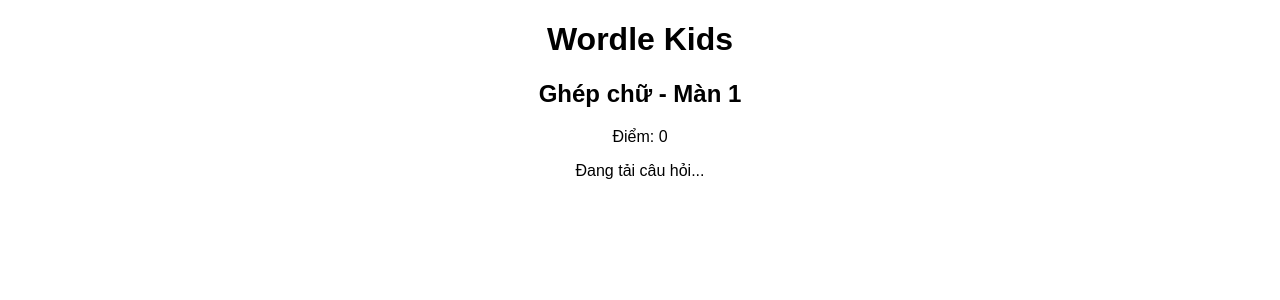
Repository: Hoang18769/wordle-kids
Page: /, after clicking the first element matching `button`
These files come from the project's save history. The page is drawn as it stood at one moment and after a run of saves; the edit follows.
The browser window is 1280 px wide. The pictures show the whole page.
The page's requests for data from a server got no answer. The project was rebuilt for these pictures with package versions that can differ from the ones it lists, and the page was loaded fresh each time. No one was signed in, and anything a server would have sent is missing. Also part of the build but not shown: src/services/SaveProgressService.js, src/components/MathQuiz.js.

Above is the page before, as saved 2025-03-12 19:42:09.

After the next 8 saves:
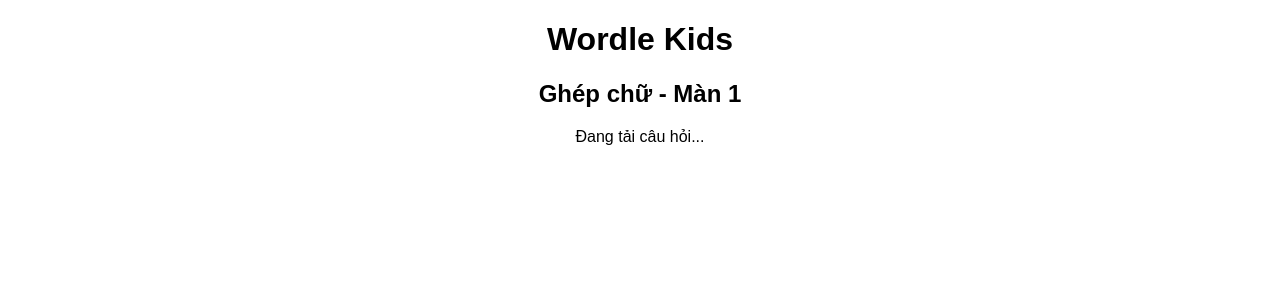
The 8 saves are shown as one change because they came seconds apart.
The last was saved 28 s later.
--- a/src/components/WordMatch.js
+++ b/src/components/WordMatch.js
@@ -1,65 +1,41 @@
 import React, { useState, useEffect } from 'react';
-import { db } from '../config/firebase';
-import { collection, getDocs, doc, setDoc, getDoc } from 'firebase/firestore';
-
-const userId = "abc123"; // Giả sử ID người chơi (sẽ thay bằng Auth sau này)
+import { db } from '../firebase';
+import { collection, getDocs } from 'firebase/firestore';
 
 function WordMatch() {
-  const [questions, setQuestions] = useState([]);
-  const [level, setLevel] = useState(0);
-  const [score, setScore] = useState(0);
+  const [questions, setQuestions] = useState([]); // Lưu danh sách câu hỏi
+  const [level, setLevel] = useState(0); // Màn chơi hiện tại
   const [attempts, setAttempts] = useState(3);
   const [guess, setGuess] = useState('');
 
   useEffect(() => {
     const fetchQuestions = async () => {
       const querySnapshot = await getDocs(collection(db, 'questions'));
-      const data = querySnapshot.docs.filter(doc => doc.data().game === 'word').map(doc => doc.data());
+      const data = querySnapshot.docs
+        .filter(doc => doc.data().game === 'word') // Lọc câu hỏi của game WordMatch
+        .map(doc => doc.data());
+
       setQuestions(data);
     };
 
-    const loadProgress = async () => {
-      const docRef = doc(db, 'progress', userId);
-      const docSnap = await getDoc(docRef);
-      if (docSnap.exists()) {
-        setLevel(docSnap.data().level || 0);
-        setScore(docSnap.data().score || 0);
-      }
-    };
-
     fetchQuestions();
-    loadProgress();
   }, []);
-
-  const saveProgress = async (newLevel, newScore) => {
-    await setDoc(doc(db, 'progress', userId), {
-      userId,
-      game: "wordmatch",
-      level: newLevel,
-      score: newScore,
-      timestamp: new Date().toISOString(),
-    });
-  };
 
   const checkAnswer = () => {
     if (guess.toLowerCase() === questions[level]?.answer.toLowerCase()) {
-      const newScore = score + 500;
       if (level < questions.length - 1) {
-        setLevel(level + 1);
-        setScore(newScore);
-        saveProgress(level + 1, newScore);
+        setLevel(level + 1); // Chuyển sang màn tiếp theo
+        setGuess('');
       } else {
         alert('🎉 Chúc mừng! Bạn đã hoàn thành tất cả màn chơi!');
       }
-      setGuess('');
     } else {
       setAttempts(attempts - 1);
       if (attempts <= 1) {
         alert('😢 Bạn đã thua! Chơi lại nhé!');
         setLevel(0);
-        setScore(0);
         setAttempts(3);
-        saveProgress(0, 0);
+        setGuess('');
       }
     }
   };
@@ -67,7 +43,6 @@
   return (
     <div>
       <h2>Ghép chữ - Màn {level + 1}</h2>
-      <p>Điểm: {score}</p>
       {questions.length > 0 ? (
         <>
           <p>Gợi ý: {questions[level]?.question}</p>

After the save that followed:
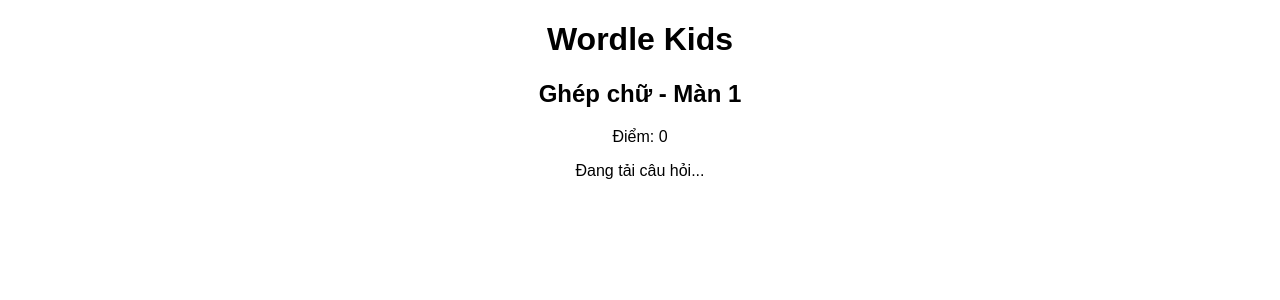
Saved 6 s later.
--- a/src/components/WordMatch.js
+++ b/src/components/WordMatch.js
@@ -1,41 +1,65 @@
 import React, { useState, useEffect } from 'react';
 import { db } from '../firebase';
-import { collection, getDocs } from 'firebase/firestore';
+import { collection, getDocs, doc, setDoc, getDoc } from 'firebase/firestore';
+
+const userId = "abc123"; // Giả sử ID người chơi (sẽ thay bằng Auth sau này)
 
 function WordMatch() {
-  const [questions, setQuestions] = useState([]); // Lưu danh sách câu hỏi
-  const [level, setLevel] = useState(0); // Màn chơi hiện tại
+  const [questions, setQuestions] = useState([]);
+  const [level, setLevel] = useState(0);
+  const [score, setScore] = useState(0);
   const [attempts, setAttempts] = useState(3);
   const [guess, setGuess] = useState('');
 
   useEffect(() => {
     const fetchQuestions = async () => {
       const querySnapshot = await getDocs(collection(db, 'questions'));
-      const data = querySnapshot.docs
-        .filter(doc => doc.data().game === 'word') // Lọc câu hỏi của game WordMatch
-        .map(doc => doc.data());
-
+      const data = querySnapshot.docs.filter(doc => doc.data().game === 'word').map(doc => doc.data());
       setQuestions(data);
     };
 
+    const loadProgress = async () => {
+      const docRef = doc(db, 'progress', userId);
+      const docSnap = await getDoc(docRef);
+      if (docSnap.exists()) {
+        setLevel(docSnap.data().level || 0);
+        setScore(docSnap.data().score || 0);
+      }
+    };
+
     fetchQuestions();
+    loadProgress();
   }, []);
+
+  const saveProgress = async (newLevel, newScore) => {
+    await setDoc(doc(db, 'progress', userId), {
+      userId,
+      game: "wordmatch",
+      level: newLevel,
+      score: newScore,
+      timestamp: new Date().toISOString(),
+    });
+  };
 
   const checkAnswer = () => {
     if (guess.toLowerCase() === questions[level]?.answer.toLowerCase()) {
+      const newScore = score + 500;
       if (level < questions.length - 1) {
-        setLevel(level + 1); // Chuyển sang màn tiếp theo
-        setGuess('');
+        setLevel(level + 1);
+        setScore(newScore);
+        saveProgress(level + 1, newScore);
       } else {
         alert('🎉 Chúc mừng! Bạn đã hoàn thành tất cả màn chơi!');
       }
+      setGuess('');
     } else {
       setAttempts(attempts - 1);
       if (attempts <= 1) {
         alert('😢 Bạn đã thua! Chơi lại nhé!');
         setLevel(0);
+        setScore(0);
         setAttempts(3);
-        setGuess('');
+        saveProgress(0, 0);
       }
     }
   };
@@ -43,6 +67,7 @@
   return (
     <div>
       <h2>Ghép chữ - Màn {level + 1}</h2>
+      <p>Điểm: {score}</p>
       {questions.length > 0 ? (
         <>
           <p>Gợi ý: {questions[level]?.question}</p>
